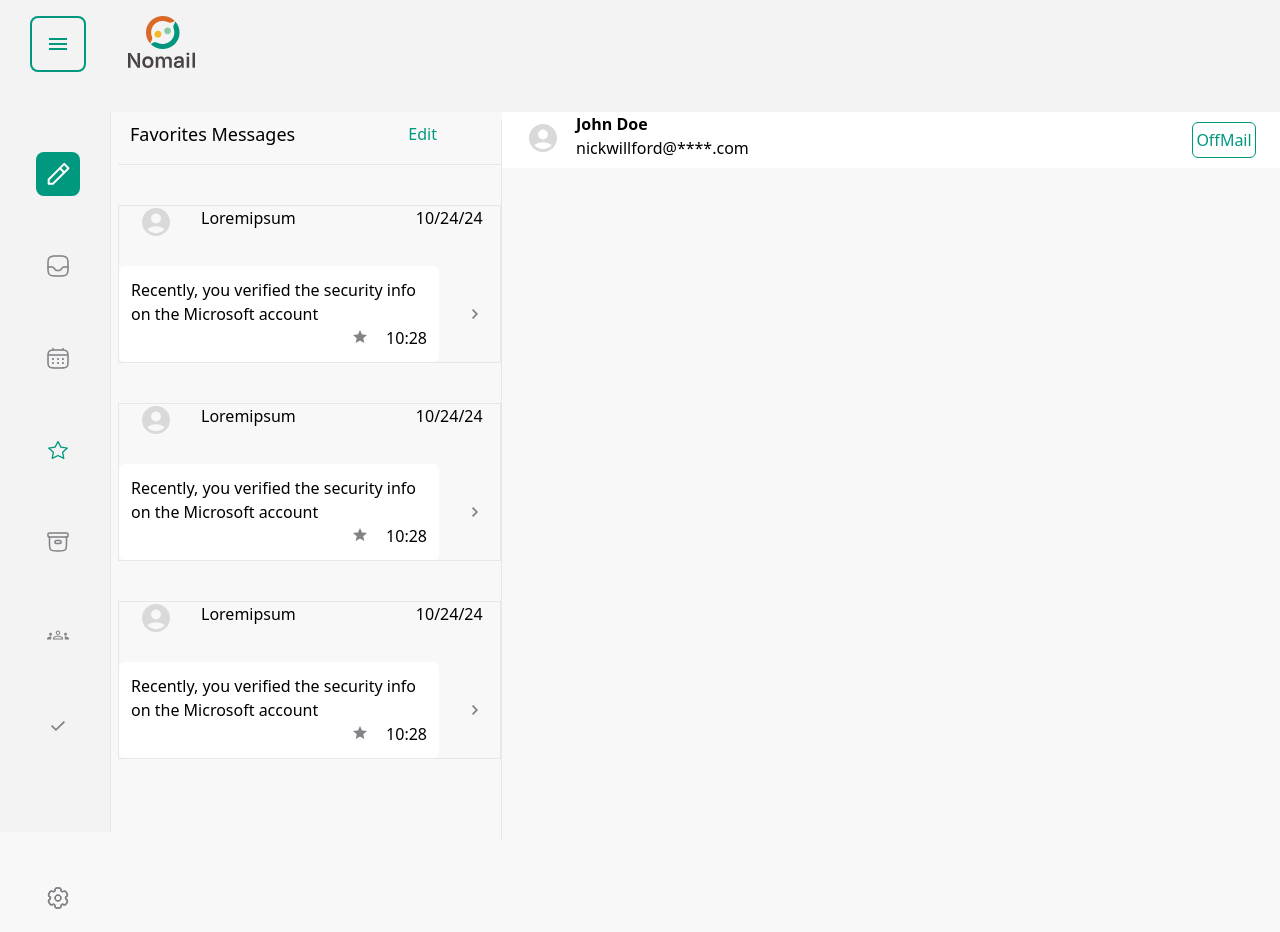
Repository: Tofigkh1/Nomail-Project
Page: /favorites (app in client/)
These files come from the project's save history. The page is drawn as it stood at one moment and after a run of saves; the edit follows.
The browser window is 1280 px wide. The pictures show the whole page.
The project was rebuilt for these pictures with package versions that can differ from the ones it lists, and the page was loaded fresh each time. The framework's server and built-in components were replaced by stand-ins that run in the browser. Also part of the build but not shown: client/next.config.mjs, client/components/shared/svg/FavoritesSvg.jsx, client/components/shared/svg/calendarActiveSvg.jsx, client/components/shared/client/CheckBox/index.tsx.

Above is the page before, as saved 2024-11-22 03:09:56.

After the next 4 saves:
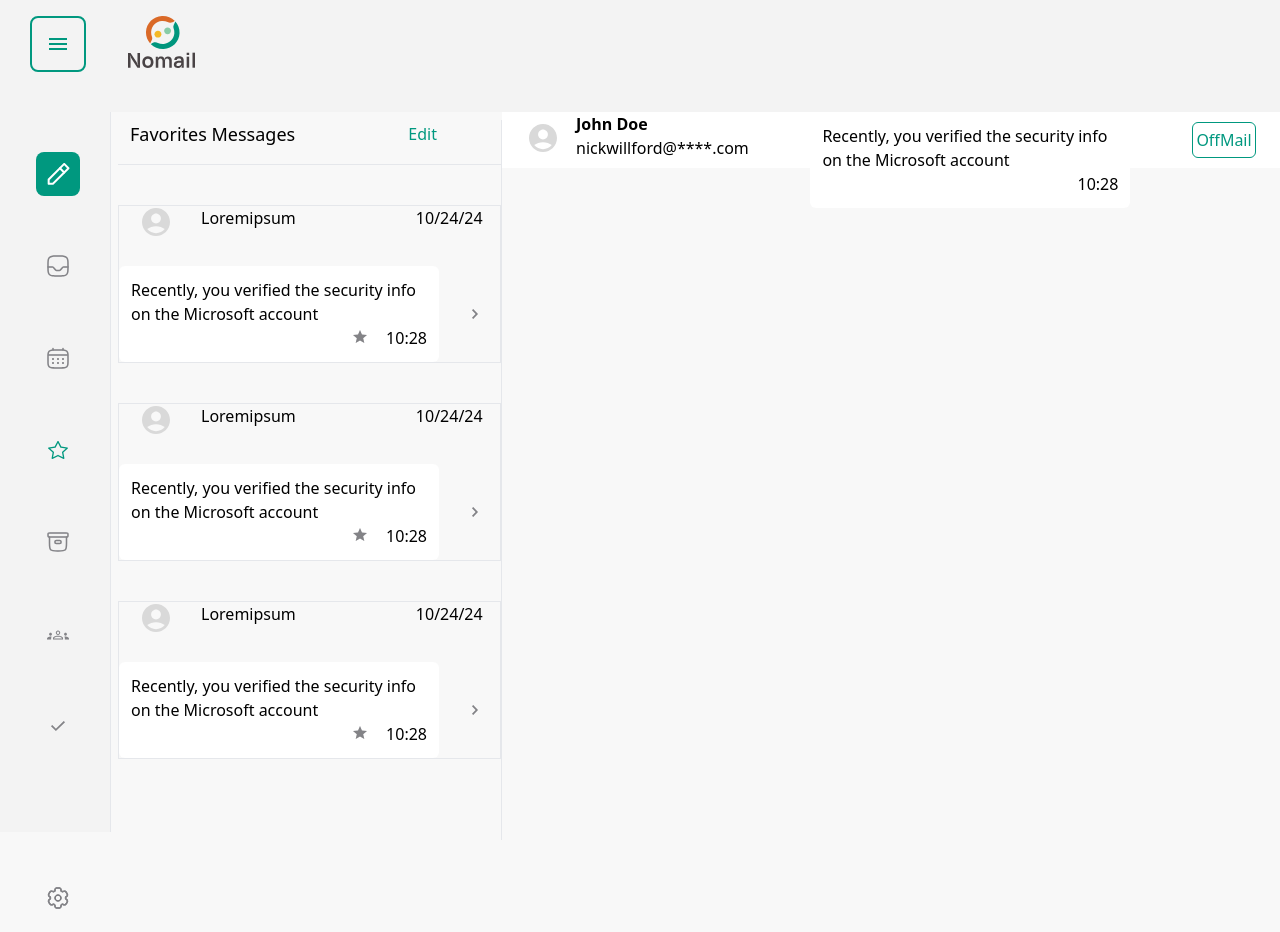
The 4 saves are shown as one change because they came seconds apart.
The last was saved 2 days later.
--- a/client/components/shared/client/messagesView/index.tsx
+++ b/client/components/shared/client/messagesView/index.tsx
@@ -31,7 +31,16 @@
                 </div>
                 </div>
 
+                <div className="  bg-white rounded-md w-80 h-24 p-3">
+                    <p>Recently, you verified the security info on the Microsoft account </p>
+                    <div className=" flex justify-end right-0 ml-7 gap-4">
 
+                    <h1>10:28</h1>
+                    </div>
+
+
+
+                </div>
                 <div>
                     <button className=" border border-buttonColor text-buttonColor w-16 h-9 mr-6 mt-2.5 rounded-md">
                         OffMail

After the save that followed:
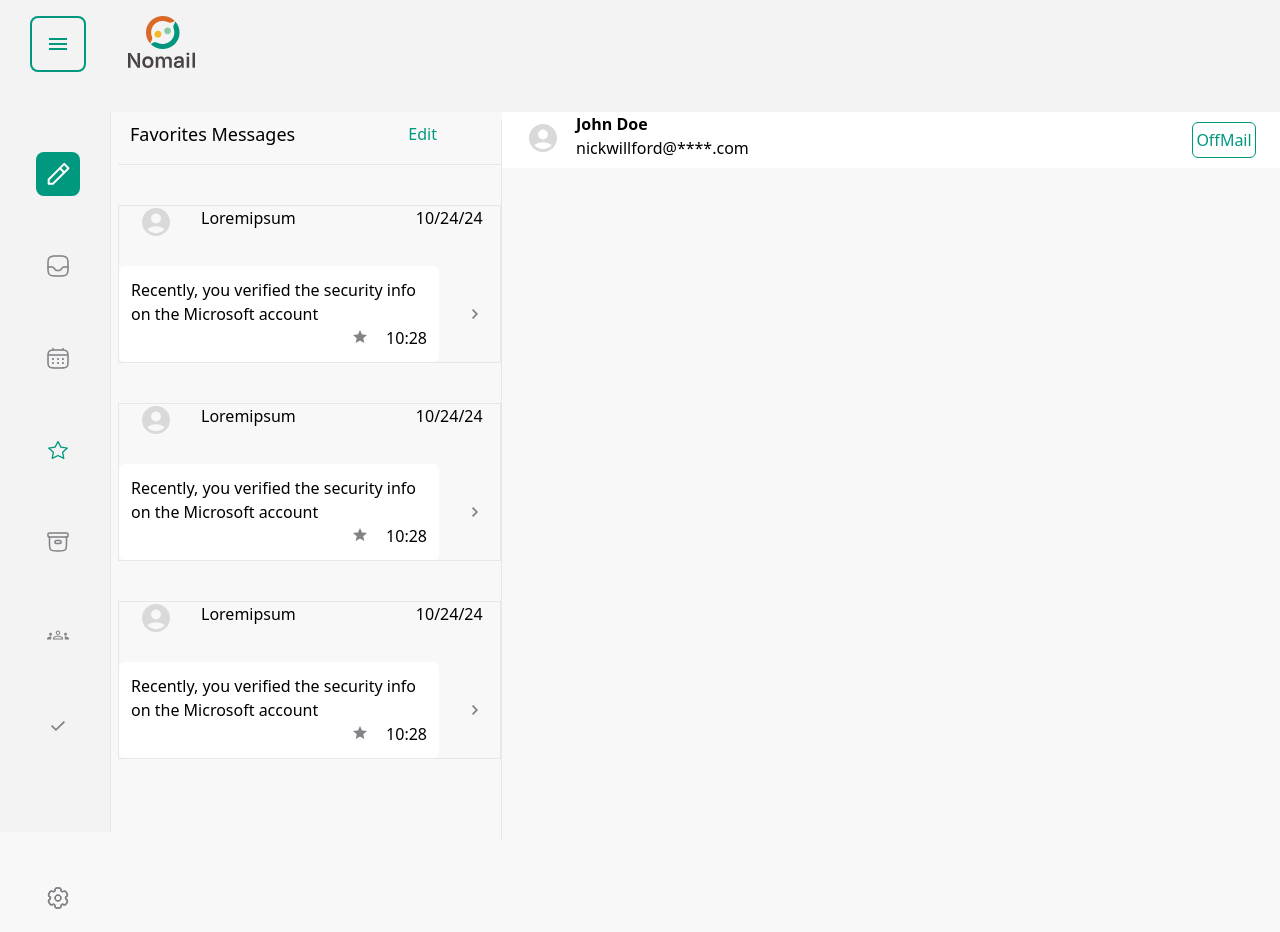
Saved 10 s later.
--- a/client/components/shared/client/messagesView/index.tsx
+++ b/client/components/shared/client/messagesView/index.tsx
@@ -31,16 +31,7 @@
                 </div>
                 </div>
 
-                <div className="  bg-white rounded-md w-80 h-24 p-3">
-                    <p>Recently, you verified the security info on the Microsoft account </p>
-                    <div className=" flex justify-end right-0 ml-7 gap-4">
 
-                    <h1>10:28</h1>
-                    </div>
-
-
-
-                </div>
                 <div>
                     <button className=" border border-buttonColor text-buttonColor w-16 h-9 mr-6 mt-2.5 rounded-md">
                         OffMail
